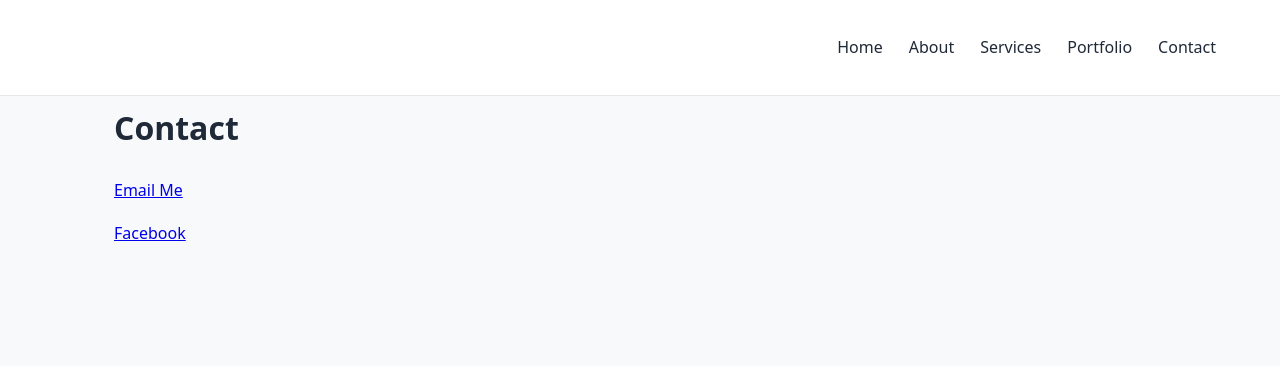
Repository: aljonvega18/Portfolio
Page: contact.html
These files come from the project's save history. The page is drawn as it stood at one moment and after the next save; the edit follows.
The browser window is 1280 px wide. The pictures show the whole page.

Above is the page before, as saved 2026-02-02 16:57:16.

After the next save:
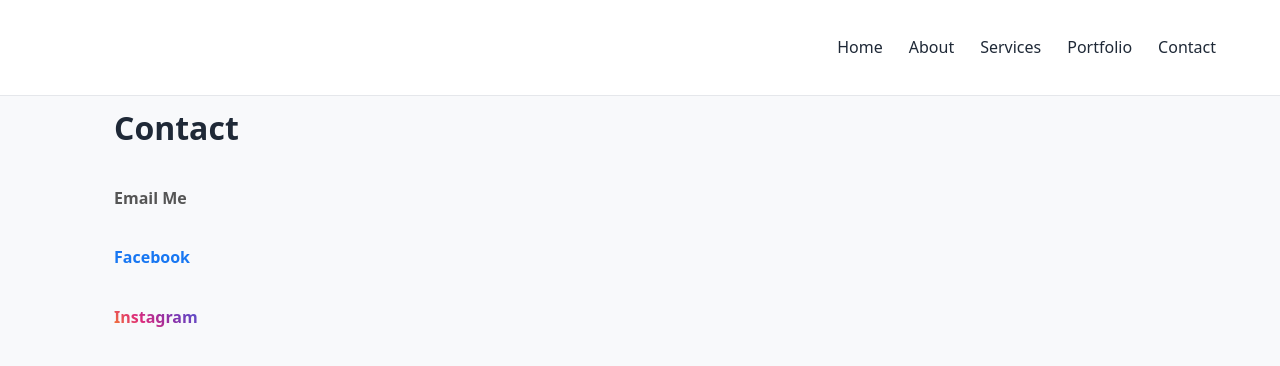
Saved 37 s later.
--- a/contact.html
+++ b/contact.html
@@ -23,8 +23,11 @@
 
 <main>
     <h1>Contact</h1>
-    <p><a href="mailto:aljonvega@example.com">Email Me</a></p>
-    <p><a href="mailto:aljonvega@example.com">Facebook  </a></p>
+    <div class="contact-links">
+    <p><a class="email" href="mailto:aljonvega@example.com">Email Me</a></p>
+    <p><a class="facebook" href="#">Facebook</a></p>
+    <p><a class="instagram" href="#">Instagram</a></p>
+</div>
 </main>
 </body>
 </html>
